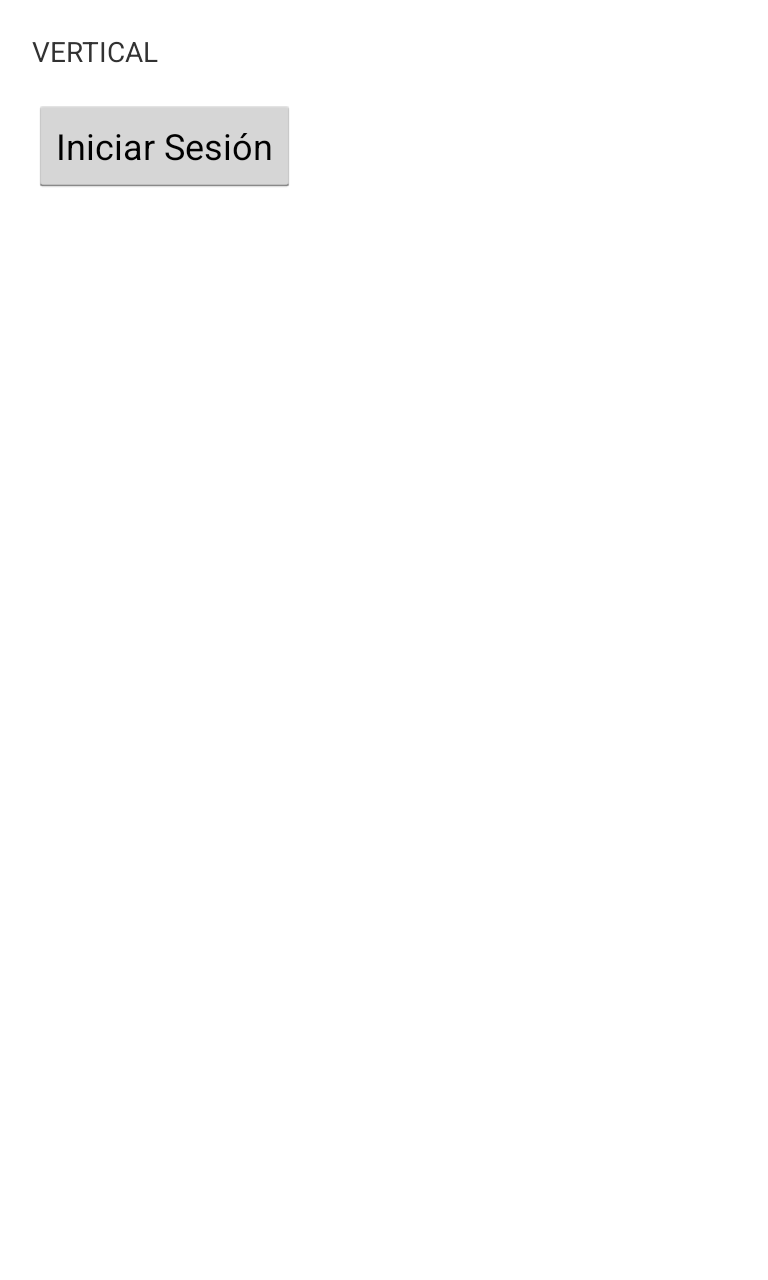
Repository: jlcd0004/sm_p11_practica1
Layout: Practica1/res/layout/activity_main.xml
The author's editor kept a copy of each file at every save. The layout is drawn from the files as they stood at one save, then again after the next save.
It is drawn on a 768 x 1280 px phone screen (xhdpi) without system bars, with theme AppTheme; the app's code is not run.

Above is the layout before, as saved 2015-09-30 10:20:17.

### Practica1/res/layout/activity_main.xml
<RelativeLayout xmlns:android="http://schemas.android.com/apk/res/android"
    xmlns:tools="http://schemas.android.com/tools"
    android:layout_width="match_parent"
    android:layout_height="match_parent"
    android:paddingBottom="@dimen/activity_vertical_margin"
    android:paddingLeft="@dimen/activity_horizontal_margin"
    android:paddingRight="@dimen/activity_horizontal_margin"
    android:paddingTop="@dimen/activity_vertical_margin"
    tools:context="com.practica1.MainActivity" >

    <TextView
        android:id="@+id/textView1"
        android:layout_width="wrap_content"
        android:layout_height="wrap_content"
        android:text="VERTICAL" />

    <Button
        android:id="@+id/button1"
        android:layout_width="wrap_content"
        android:layout_height="wrap_content"
        android:layout_below="@+id/textView1"
        android:layout_marginTop="14dp"
        android:text="Iniciar Sesión" />

</RelativeLayout>

Loaded but not shown: Practica1/res/values/styles.xml (common file); Practica1/res/values-v11/styles.xml (common file); Practica1/res/values-v14/styles.xml (common file); Practica1/res/values/dimens.xml (common file); Practica1/res/values-w820dp/dimens.xml (common file)

After the next save:
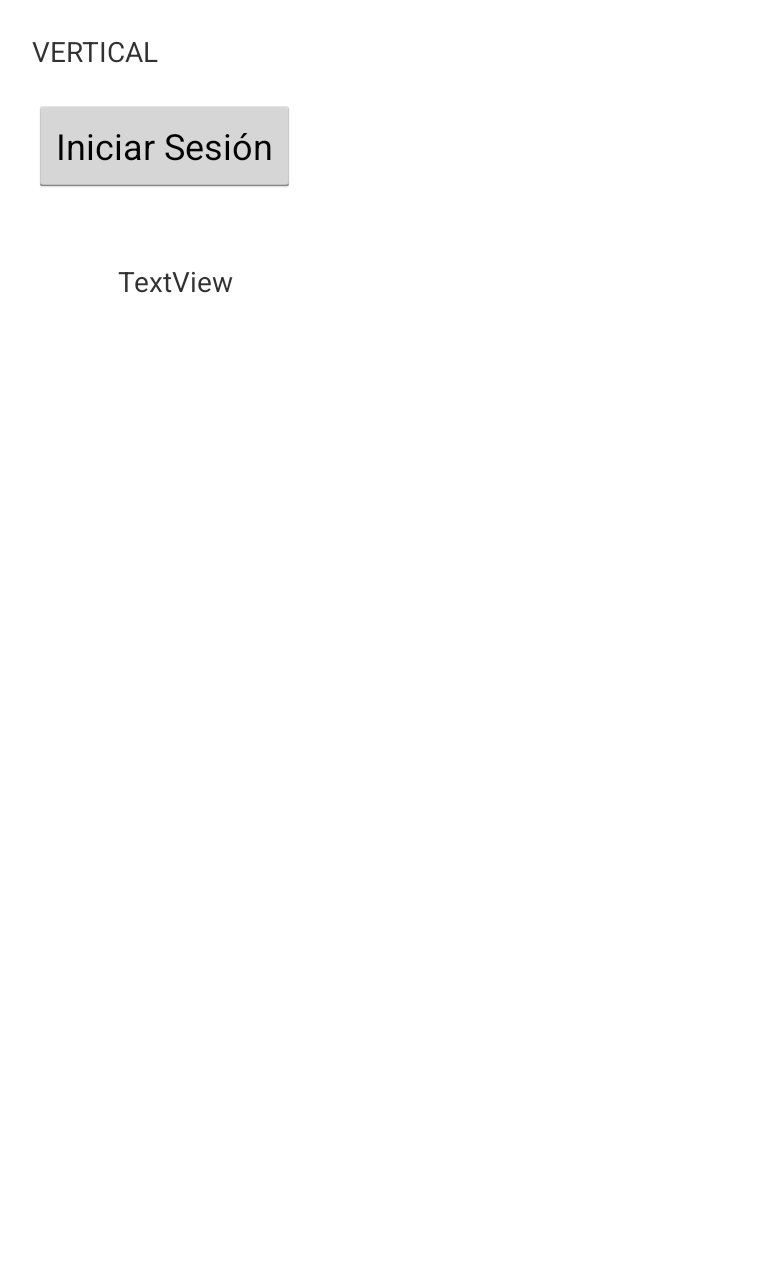
Saved 36 h 45 min later.
--- a/Practica1/res/layout/activity_main.xml
+++ b/Practica1/res/layout/activity_main.xml
@@ -22,4 +22,14 @@
         android:layout_marginTop="14dp"
         android:text="Iniciar Sesión" />
 
+    <TextView
+        android:id="@+id/textView2"
+        android:layout_width="wrap_content"
+        android:layout_height="wrap_content"
+        android:layout_alignRight="@+id/button1"
+        android:layout_below="@+id/button1"
+        android:layout_marginRight="32dp"
+        android:layout_marginTop="34dp"
+        android:text="TextView" />
+
 </RelativeLayout>
